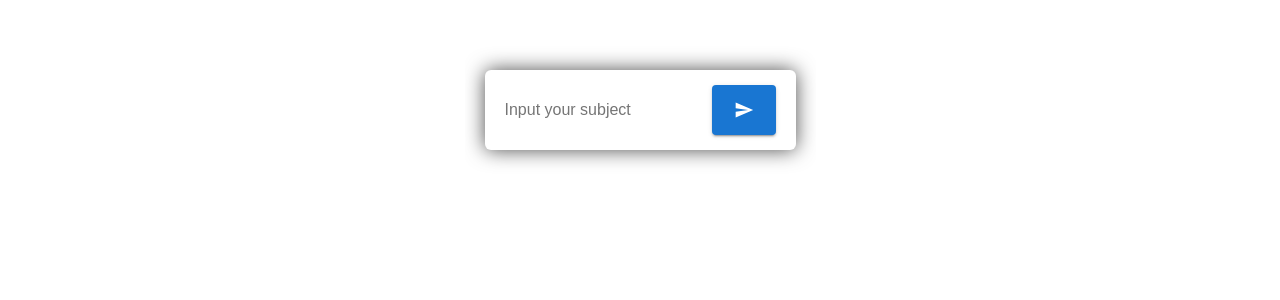
Repository: thienv29/todolist
Page: /
The author's editor kept a copy of each file at every save. The page is drawn from the files as they stood at one save, then again after the next save.
The browser window is 1280 px wide. The pictures show the whole page.
The project was rebuilt for these pictures with package versions that can differ from the ones it lists, and the page was loaded fresh each time. Also part of the build but not shown: src/components/TodoEditing.js, src/components/Todo.js.

Above is the page before, as saved 2021-10-22 17:24:32.

After the next save:
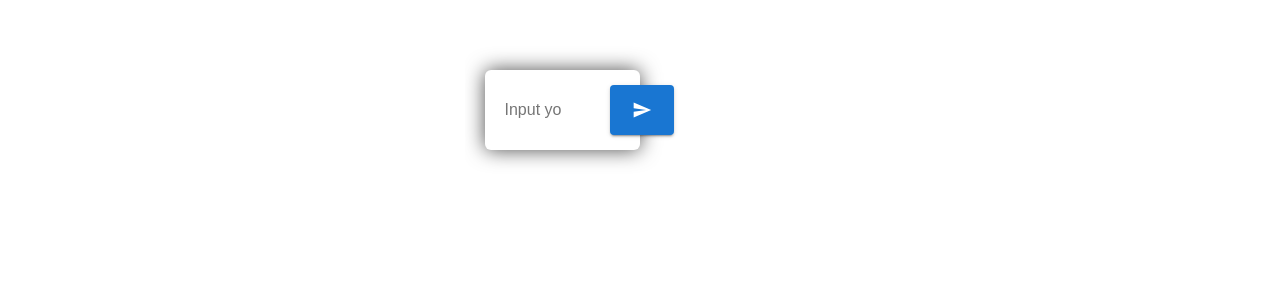
Saved 16 s later.
--- a/src/components/Input.js
+++ b/src/components/Input.js
@@ -28,8 +28,8 @@ export default function Input() {
     };
 
     return (
-        <Grid className="inputTodo" lg={12} sm={12} >
-            <Grid item className='inputdiv' >
+        <Grid className="inputTodo" lg={6}>
+            <Grid item className='inputdiv' xs={6}>
                 <input
                     type="text"
                     value={valueNote.note}
@@ -40,7 +40,7 @@ export default function Input() {
                     placeholder="Input your subject"
                 />
             </Grid>
-            <Grid item >
+            <Grid item xs={5}>
                 <LocalizationProvider dateAdapter={AdapterDateFns}>
                     <DateTimePicker
                         className="inputTime"
@@ -54,7 +54,7 @@ export default function Input() {
                     />
                 </LocalizationProvider>
             </Grid>
-            <Grid item >
+            <Grid item xs={1}>
                 <Button
                     onClick={handleAddNote}
                     variant="contained"
